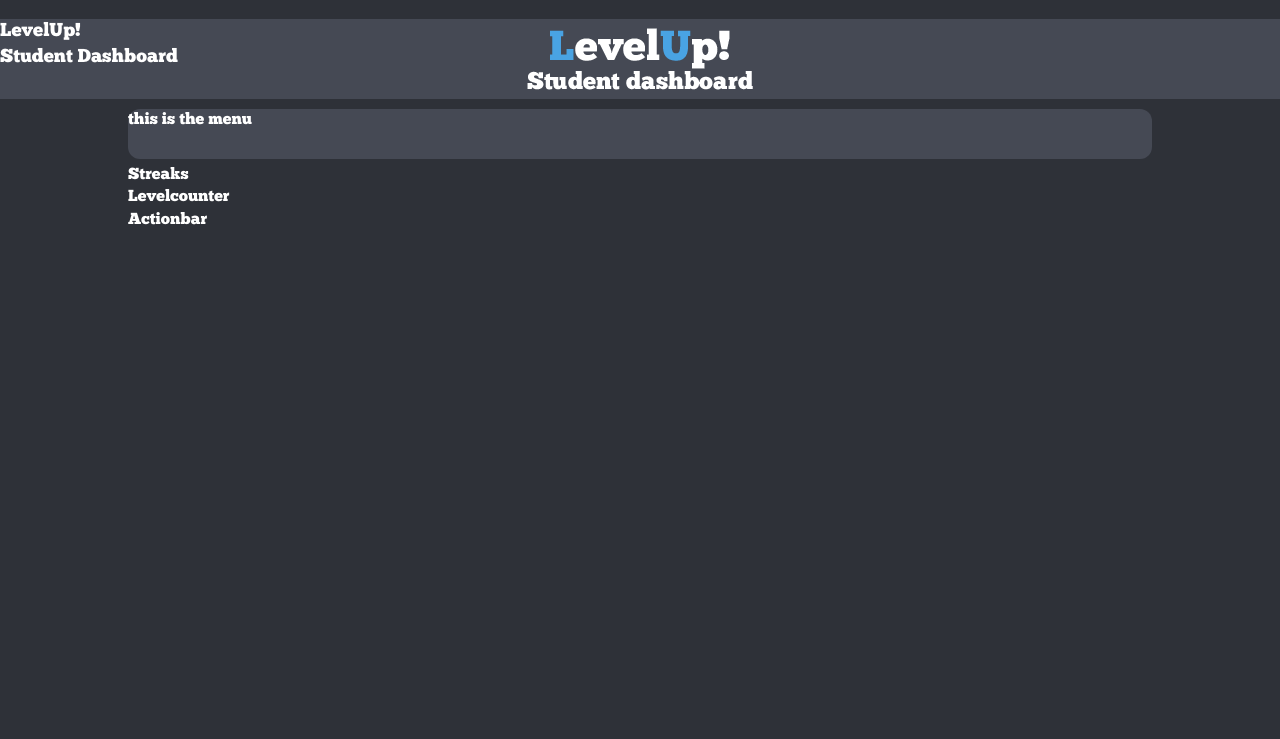
Repository: boblanckenburg/levelup
Page: website/src/index.html
These files come from the project's save history. The page is drawn as it stood at one moment and after the next save; the edit follows.
The browser window is 1280 px wide. The pictures show the whole page.

Above is the page before, as saved 2014-09-17 14:08:29.

After the next save:
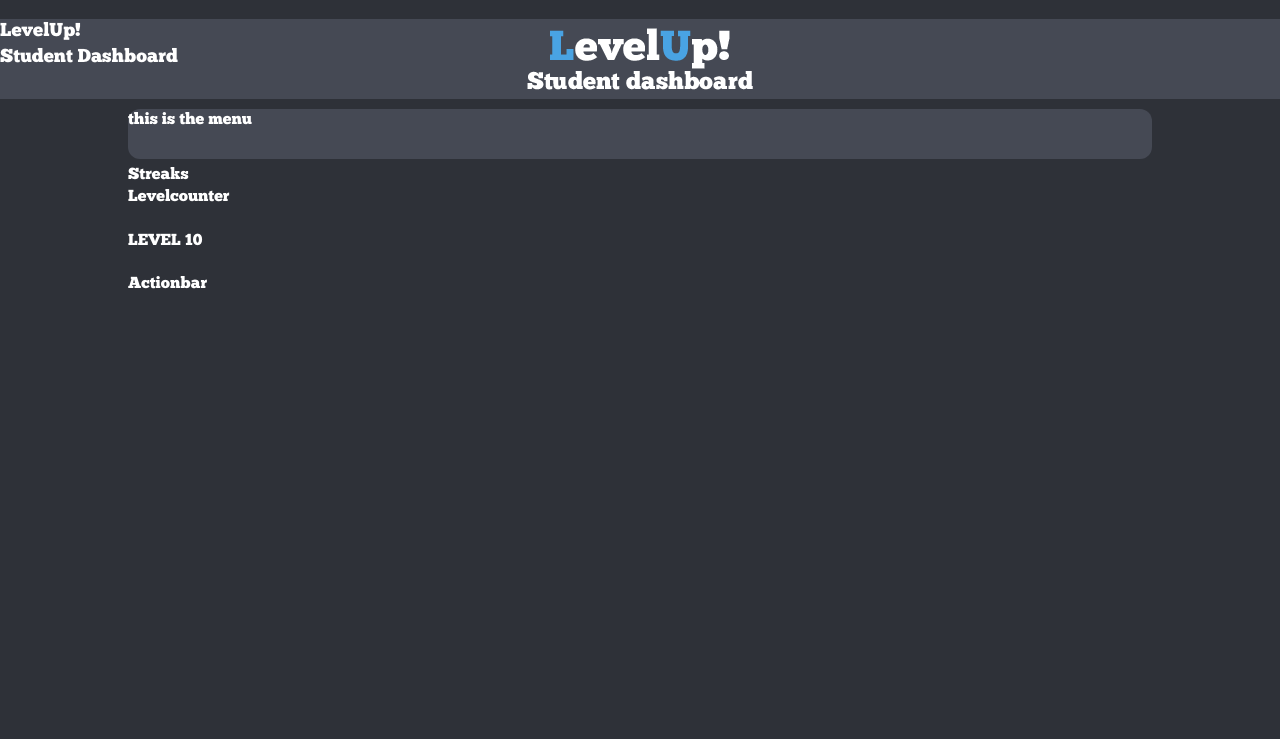
Saved 12 min 7 s later.
--- a/website/src/index.html
+++ b/website/src/index.html
@@ -31,6 +31,7 @@
 				</section>
 				<section class="levelcounter">
 					Levelcounter
+					<h1>LEVEL 10</h1>
 				</section>
 				<section class="actionbar">
 					Actionbar
